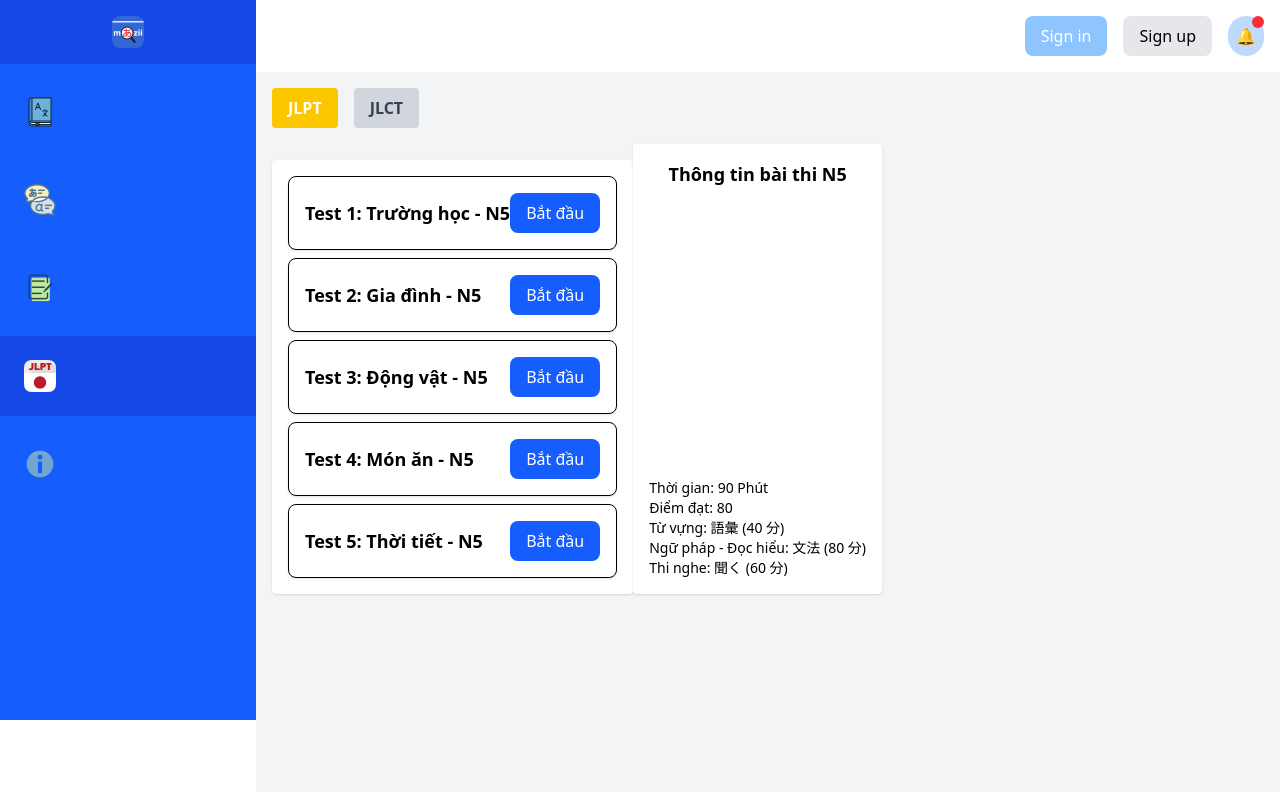
Repository: reminzuetto/JapaneseTranslationApp
Page: /jlpt
These files come from the project's save history. The page is drawn as it stood at one moment and after the next save; the edit follows.
The browser window is 1280 px wide. The pictures show the whole page.
The page's requests for data from a server got no answer. The project was rebuilt for these pictures with package versions that can differ from the ones it lists, and the page was loaded fresh each time. No one was signed in, and anything a server would have sent is missing. Also part of the build but not shown: vite.config.js, src/components/Header/NotificationItem.jsx, src/components/SeachBar/DropDownButton.jsx, src/components/SeachBar/SearchInput.jsx, src/components/SeachBar/SearchBar.jsx, src/pages/Home.jsx, src/Firebase.jsx, src/pages/SignInForm.jsx and 8 more.

Above is the page before, as saved 2025-03-19 08:21:46.

### src/App.jsx
import React, { useState } from "react";
import { BrowserRouter as Router, Routes, Route } from "react-router-dom";
import Header from "./components/Header/Header";
import Home from "./pages/Home";
import Sidebar from "./components/SideBar/SideBar";
import SignInForm from "./pages/SignInForm";
import SignUpForm from "./pages/SignUpForm";
import SearchPage from "./pages/SearchPage";
import TranslatePage from "./pages/TranslatePage";
import CollectionPage from "./pages/CollectionPage";
import JLPTPage from "./pages/JLPTPage";
import AboutPage from "./pages/AboutPage";

function App() {
  const [isSidebarOpen, setIsSidebarOpen] = useState(false);

  return (
    <Router>
      <div className="flex">
        {/* Sidebar */}
        <Sidebar isOpen={isSidebarOpen} setIsOpen={setIsSidebarOpen} />

        {/* Nội dung chính */}
        <div
          className={`flex-1 transition-all duration-300 ${
            isSidebarOpen ? "ml-64" : "ml-20"
          }`}
        >
          <Header />
          <Routes>
            <Route path="/" element={<Home />} />
            <Route path="/signin" element={<SignInForm />} />
            <Route path="/signup" element={<SignUpForm />} />
            <Route path="/search" element={<SearchPage />} />
            <Route path="/translate" element={<TranslatePage />} />
            <Route path="/collection" element={<CollectionPage />} />
            <Route path="/jlpt" element={<JLPTPage />} />
            <Route path="/about" element={<AboutPage />} />
          </Routes>
        </div>
      </div>
    </Router>
  );
}

export default App;

### src/components/Header/Header.jsx
import React, { useState } from "react";
import useClickOutside from "../../hooks/useClickOutside";
import notificationsData from "/src/Data.js";
import NotificationItem from "../Header/NotificationItem";
import { Link } from "react-router-dom";

const Header = () => {
  const { show, setShow, nodeRef } = useClickOutside();
  const [notifications, setNotifications] = useState(notificationsData);

  const markAsSeen = (id) => {
    setNotifications((prev) =>
      prev.map((item) => (item.id === id ? { ...item, seen: true } : item))
    );
  };

  return (
    <header className="flex items-center justify-end p-4 bg-white shadow-md  top-0 left-0 w-full z-50">
      <div className="flex items-center gap-4">
        <Link to="/signin">
          <button className="px-4 py-2 text-white bg-blue-300 rounded-lg hover:bg-blue-500">
            Sign in
          </button>
        </Link>

        <Link to="/signup">
          <button className="px-4 py-2 text-blue bg-gray-200 rounded-lg hover:bg-blue-500 hover:text-white">
            Sign up
          </button>
        </Link>
        <div className="relative" ref={nodeRef}>
          <div
            className="relative p-2 rounded-full bg-blue-200 hover:bg-blue-400 cursor-pointer"
            onClick={() => setShow(!show)}
          >
            🔔
            {notifications.some((item) => !item.seen) && (
              <span className="absolute top-0 right-0 w-3 h-3 bg-red-500 rounded-full"></span>
            )}
          </div>

          {show && (
            <div className="absolute top-full -left-2 min-w-[250px] translate-x-[-100%] mt-2 bg-white shadow-lg rounded-lg border border-gray-200">
              {notifications.length > 0 ? (
                notifications.map((item) => (
                  <NotificationItem
                    key={item.id}
                    id={item.id}
                    title={item.title}
                    time={item.time}
                    seen={item.seen}
                    onMarkAsSeen={markAsSeen}
                  />
                ))
              ) : (
                <div className="p-4 text-center text-gray-400">
                  Không có thông báo mới
                </div>
              )}
            </div>
          )}
        </div>
      </div>
    </header>
  );
};

export default Header;

### src/components/SideBar/SideBar.jsx
import React from "react";
import { NavLink } from "react-router-dom";

const SidebarItem = ({ src, text, to }) => (
  <li className="w-full">
    <NavLink
      to={to}
      className={({ isActive }) =>
        `flex items-center h-20 text-gray-200 no-underline transition duration-500 hover:bg-blue-700 hover:text-white hover:shadow-lg hover:font-bold hover:rounded-lg hover:ml-3 hover:mr-3 ${
          isActive ? "bg-blue-700 font-bold text-white" : ""
        }`
      }
    >
      <img className="w-8 min-w-8 mx-6" src={src} alt={text} />
      <span className="hidden group-hover:block ml-4">{text}</span>
    </NavLink>
  </li>
);

const SideBar = ({ isOpen, setIsOpen }) => {
  const menuItems = [
    { src: "/src/assets/SearchIcon.png", text: "Search", to: "/search" },
    {
      src: "/src/assets/TranslateIcon.png",
      text: "Translate",
      to: "/translate",
    },
    {
      src: "/src/assets/CollectionIcon.png",
      text: "Collection",
      to: "/collection",
    },
    { src: "/src/assets/JLPTIcon.png", text: "JLPT", to: "/jlpt" },
    { src: "/src/assets/AboutIcon.jpg", text: "About us", to: "/about" },
  ];

  return (
    <nav
      className={`w-20 h-screen fixed z-51 bg-blue-600 transition-all duration-200 hover:w-64 group ${
        isOpen ? "w-64" : "w-20"
      }`}
      onMouseEnter={() => setIsOpen(true)}
      onMouseLeave={() => setIsOpen(false)}
    >
      <ul className="flex flex-col items-center space-y-2">
        <li className="w-full text-center py-4 bg-blue-700 font-bold uppercase text-white text-2xl">
          <NavLink className="flex items-center justify-center" to="/">
            <img
              className="w-8 h-8 rounded-lg transition-transform duration-600 group-hover:rotate-[-360deg]"
              src="/src/assets/MaziiLogo.png"
              alt="Mazii logo"
            />
            <span className="hidden group-hover:block ml-4">Mazzi</span>
          </NavLink>
        </li>
        {menuItems.map((item, index) => (
          <SidebarItem
            key={index}
            src={item.src}
            text={item.text}
            to={item.to}
          />
        ))}
      </ul>
    </nav>
  );
};

export default SideBar;

### src/pages/JLPTPage.jsx
import React, { useState, useEffect } from "react";
import JLPTTestItem from "/src/components/JLPTPage/JLPTTestItem";

const JLPTPage = () => {
  const [tests, setTests] = useState([]);

  useEffect(() => {
    fetch("japanese_test.json") // Để file json trong thư mục public
      .then((response) => response.json())
      .then((data) => setTests(data.tests))
      .catch((error) => console.error("Error loading test data:", error));
  }, []);

  const handleStartTest = (testId) => {
    console.log(`Bắt đầu bài kiểm tra với ID: ${testId}`);
    // Có thể điều hướng hoặc thay đổi state ở đây nếu cần
  };

  return (
    <div className="p-4 bg-gray-100 min-h-screen">
      {/* Thanh chọn loại kỳ thi */}
      <div className="flex space-x-4 mb-4">
        <button className="px-4 py-2 bg-yellow-400 text-white font-bold rounded">
          JLPT
        </button>
        <button className="px-4 py-2 bg-gray-300 text-gray-700 font-bold rounded">
          JLCT
        </button>
      </div>
      <div className="flex">
        <div className="mt-4 bg-white p-4 rounded shadow space-y-2">
          {tests.map((test, index) => (
            <JLPTTestItem
              key={test.id}
              test={test}
              index={index + 1}
              onStart={handleStartTest}
            />
          ))}
        </div>
        <div className="flex flex-col justify-between items-center bg-white p-4 rounded shadow">
          <h2 className="text-lg font-bold">Thông tin bài thi N5</h2>
          <div className="text-sm">
            <p>Thời gian: 90 Phút</p>
            <p>Điểm đạt: 80</p>
            <p>Từ vựng: 語彙 (40 分)</p>
            <p>Ngữ pháp - Đọc hiểu: 文法 (80 分)</p>
            <p>Thi nghe: 聞く (60 分)</p>
          </div>
        </div>
      </div>
    </div>
  );
};

export default JLPTPage;

### src/hooks/useClickOutside.jsx
import { useEffect, useRef, useState } from "react";

export default function useClickOutside(dom = "button") {
  const [show, setShow] = useState(false);
  const nodeRef = useRef(null);
  useEffect(() => {
    const handleClickOutside = (event) => {
      if (
        nodeRef.current &&
        !nodeRef.current.contains(event.target) &&
        !event.target.matches(dom)
      ) {
        setShow(false);
      }
    };
    document.addEventListener("click", handleClickOutside);
    return () => {
      document.removeEventListener("click", handleClickOutside);
    };
  }, []);

  return {
    show,
    setShow,
    nodeRef,
  };
}

### src/Data.js
const notificationsData = [
  {
    id: 1,
    title: "JavaScript Update",
    content: "Phiên bản mới của JavaScript đã được phát hành.",
    time: "10 phút trước",
    seen: false,
  },
  {
    id: 2,
    title: "ReactJS Tips",
    content: "Học cách tối ưu hóa hiệu suất trong ReactJS.",
    time: "30 phút trước",
    seen: true,
  },
  {
    id: 3,
    title: "VueJS News",
    content: "Vue 3 đang ngày càng phổ biến hơn!",
    time: "1 giờ trước",
    seen: false,
  },
  {
    id: 4,
    title: "Next.js Guide",
    content: "Làm thế nào để sử dụng Server Actions hiệu quả?",
    time: "3 giờ trước",
    seen: true,
  },
  {
    id: 5,
    title: "PostgreSQL Tips",
    content: "Cách tối ưu truy vấn SQL cho tốc độ nhanh hơn.",
    time: "5 giờ trước",
    seen: false,
  },
];

export default notificationsData;

### src/components/JLPTPage/JLPTTestItem.jsx
import React from "react";

const JLPTTestItem = ({ test, index, onStart }) => {
  return (
    <div className="flex justify-between items-center p-4 border rounded-lg shadow-sm bg-white">
      <span className="text-lg font-semibold">
        Test {index}: {test.topic} - {test.level}
      </span>
      <button
        onClick={() => onStart(test.id)}
        className="bg-blue-600 text-white px-4 py-2 rounded-lg hover:bg-blue-700"
      >
        Bắt đầu
      </button>
    </div>
  );
};

export default JLPTTestItem;

### public/japanese_test.json
{
  "tests": [
    {
      "id": "001",
      "topic": "Trường học",
      "level": "N5",
      "questions": [
        {
          "question_id": 1,
          "question": "Từ '学校' có nghĩa là gì?",
          "answers": ["Trường học", "Giáo viên", "Sách", "Nhà"],
          "correct_answer": "A",
          "explain": "学校 (gakkou) là danh từ tiếng Nhật nghĩa là 'trường học'."
        },
        {
          "question_id": 2,
          "question": "Từ '先生' có nghĩa là gì?",
          "answers": ["Học sinh", "Giáo viên", "Bác sĩ", "Cảnh sát"],
          "correct_answer": "B",
          "explain": "先生 (sensei) có nghĩa là 'giáo viên' hoặc 'thầy cô'."
        }
      ]
    },
    {
      "id": "002",
      "topic": "Gia đình",
      "level": "N5",
      "questions": [
        {
          "question_id": 1,
          "question": "Từ '父' có nghĩa là gì?",
          "answers": ["Anh trai", "Bố", "Chú", "Bạn"],
          "correct_answer": "B",
          "explain": "父 (chichi) là cách gọi 'bố' trong tiếng Nhật."
        },
        {
          "question_id": 2,
          "question": "Từ '母' có nghĩa là gì?",
          "answers": ["Mẹ", "Chị gái", "Dì", "Cô giáo"],
          "correct_answer": "A",
          "explain": "母 (haha) có nghĩa là 'mẹ' trong tiếng Nhật."
        }
      ]
    },
    {
      "id": "003",
      "topic": "Động vật",
      "level": "N5",
      "questions": [
        {
          "question_id": 1,
          "question": "Từ '猫' có nghĩa là gì?",
          "answers": ["Chó", "Mèo", "Chuột", "Bò"],
          "correct_answer": "B",
          "explain": "猫 (neko) có nghĩa là 'mèo' trong tiếng Nhật."
        },
        {
          "question_id": 2,
          "question": "Từ '犬' có nghĩa là gì?",
          "answers": ["Chó", "Mèo", "Cá", "Thỏ"],
          "correct_answer": "A",
          "explain": "犬 (inu) có nghĩa là 'chó' trong tiếng Nhật."
        }
      ]
    },
    {
      "id": "004",
      "topic": "Món ăn",
      "level": "N5",
      "questions": [
        {
          "question_id": 1,
          "question": "Từ '寿司' có nghĩa là gì?",
          "answers": ["Mì", "Cơm cuộn", "Sushi", "Bánh"],
          "correct_answer": "C",
          "explain": "寿司 (sushi) là một món ăn truyền thống của Nhật Bản."
        },
        {
          "question_id": 2,
          "question": "Từ 'ラーメン' có nghĩa là gì?",
          "answers": ["Mì Ramen", "Bánh mì", "Bánh ngọt", "Cơm nắm"],
          "correct_answer": "A",
          "explain": "ラーメン (ramen) là món mì nổi tiếng của Nhật Bản."
        }
      ]
    },
    {
      "id": "005",
      "topic": "Thời tiết",
      "level": "N5",
      "questions": [
        {
          "question_id": 1,
          "question": "Từ '雨' có nghĩa là gì?",
          "answers": ["Nắng", "Mưa", "Gió", "Tuyết"],
          "correct_answer": "B",
          "explain": "雨 (ame) có nghĩa là 'mưa' trong tiếng Nhật."
        },
        {
          "question_id": 2,
          "question": "Từ '雪' có nghĩa là gì?",
          "answers": ["Mưa", "Tuyết", "Gió", "Sấm"],
          "correct_answer": "B",
          "explain": "雪 (yuki) có nghĩa là 'tuyết' trong tiếng Nhật."
        }
      ]
    }
  ]
}

Loaded but not shown: index.html (common file); src/main.jsx (common file); src/index.css (common file)

After the next save:
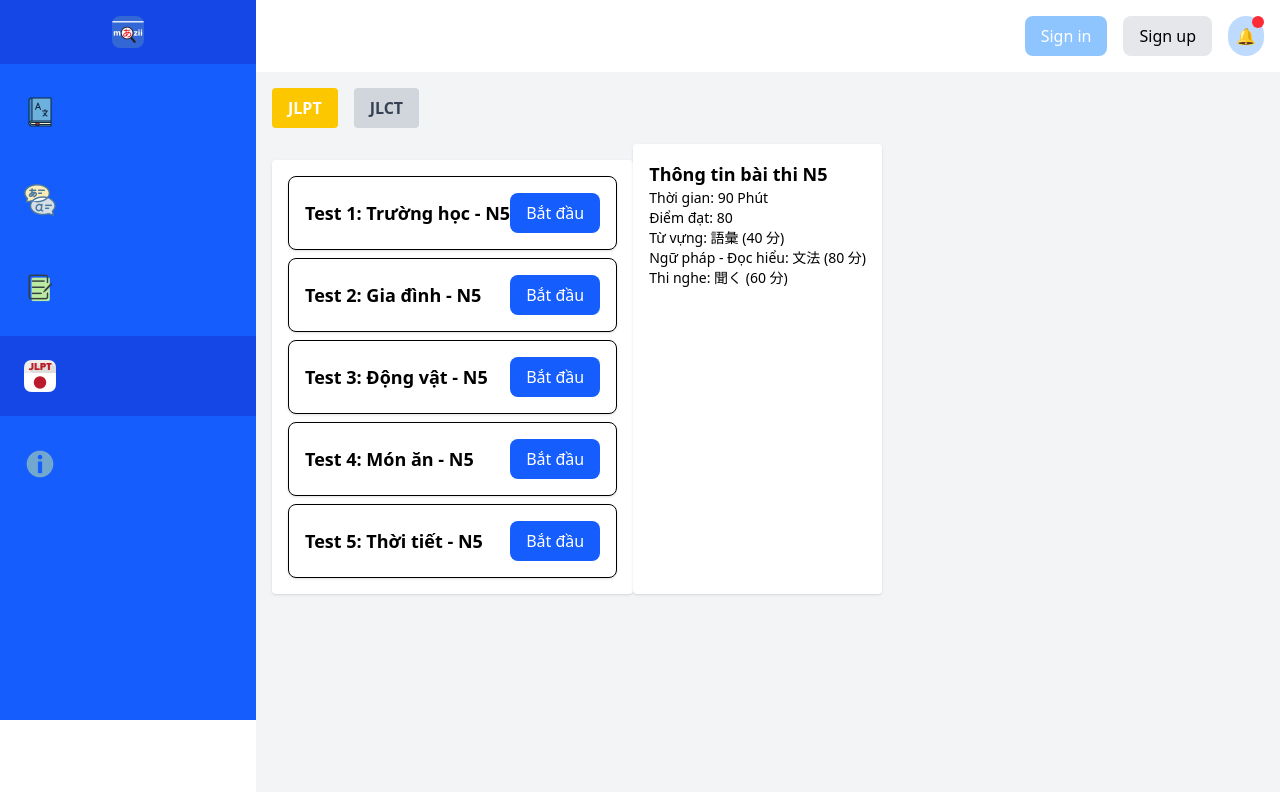
Saved 9 s later.
--- a/src/pages/JLPTPage.jsx
+++ b/src/pages/JLPTPage.jsx
@@ -38,7 +38,7 @@ const JLPTPage = () => {
             />
           ))}
         </div>
-        <div className="flex flex-col justify-between items-center bg-white p-4 rounded shadow">
+        <div className=" justify-between items-center bg-white p-4 rounded shadow">
           <h2 className="text-lg font-bold">Thông tin bài thi N5</h2>
           <div className="text-sm">
             <p>Thời gian: 90 Phút</p>
